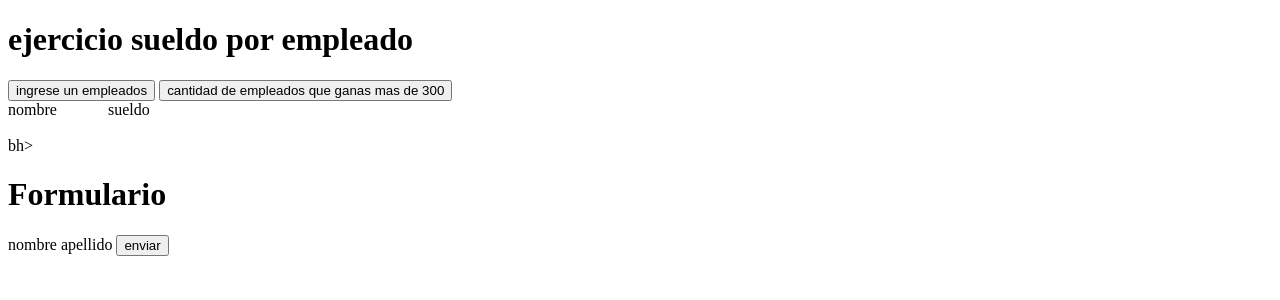
Repository: wolfmarcos/Ej-FormSesionEmpleados
Page: sueldoempleado.html
An editor plug-in stored every save of this project. The page is shown before and after the next save, followed by the edit.
The browser window is 1280 px wide. The pictures show the whole page.

Above is the page before, as saved 2022-07-26 12:07:53.

After the next save:
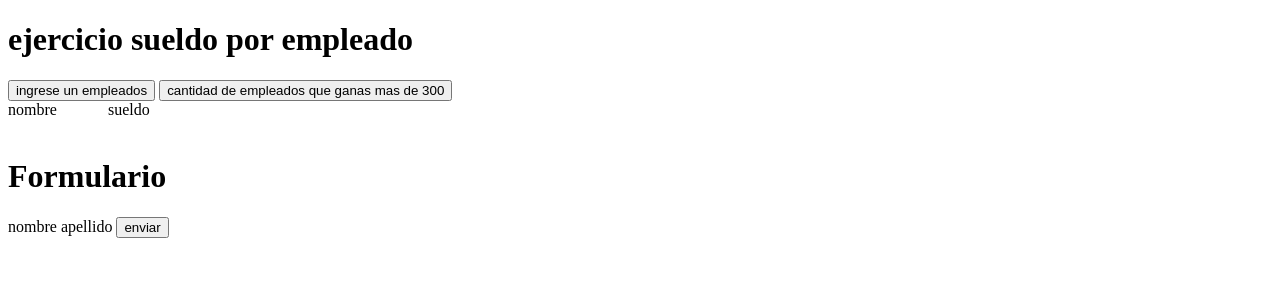
Saved 4 s later.
--- a/sueldoempleado.html
+++ b/sueldoempleado.html
@@ -26,7 +26,7 @@
 
 <div>
 <br>
-bh>
+<bh></bh>
 <h1>Formulario</h1>
     <form action="./ej1.js" name="form" method="post">
 <leibel>nombre</leibel>

After the 2 saves that followed:
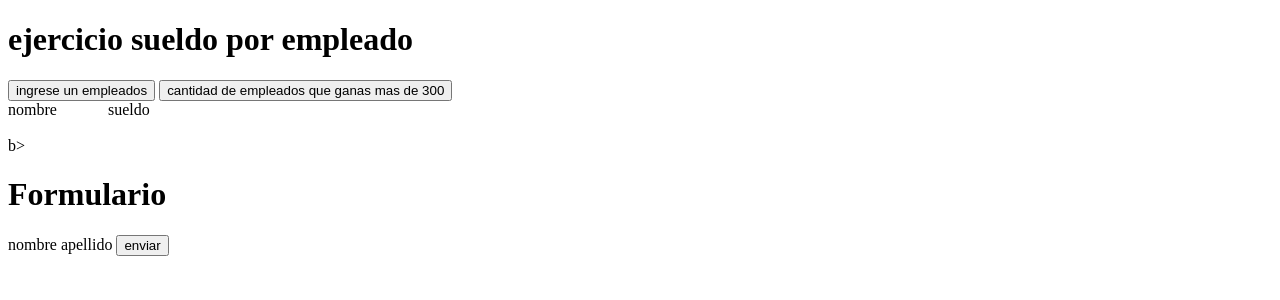
The 2 saves are shown as one change because they came seconds apart.
The last was saved 8 s later.
--- a/sueldoempleado.html
+++ b/sueldoempleado.html
@@ -26,7 +26,7 @@
 
 <div>
 <br>
-<bh></bh>
+b>
 <h1>Formulario</h1>
     <form action="./ej1.js" name="form" method="post">
 <leibel>nombre</leibel>
